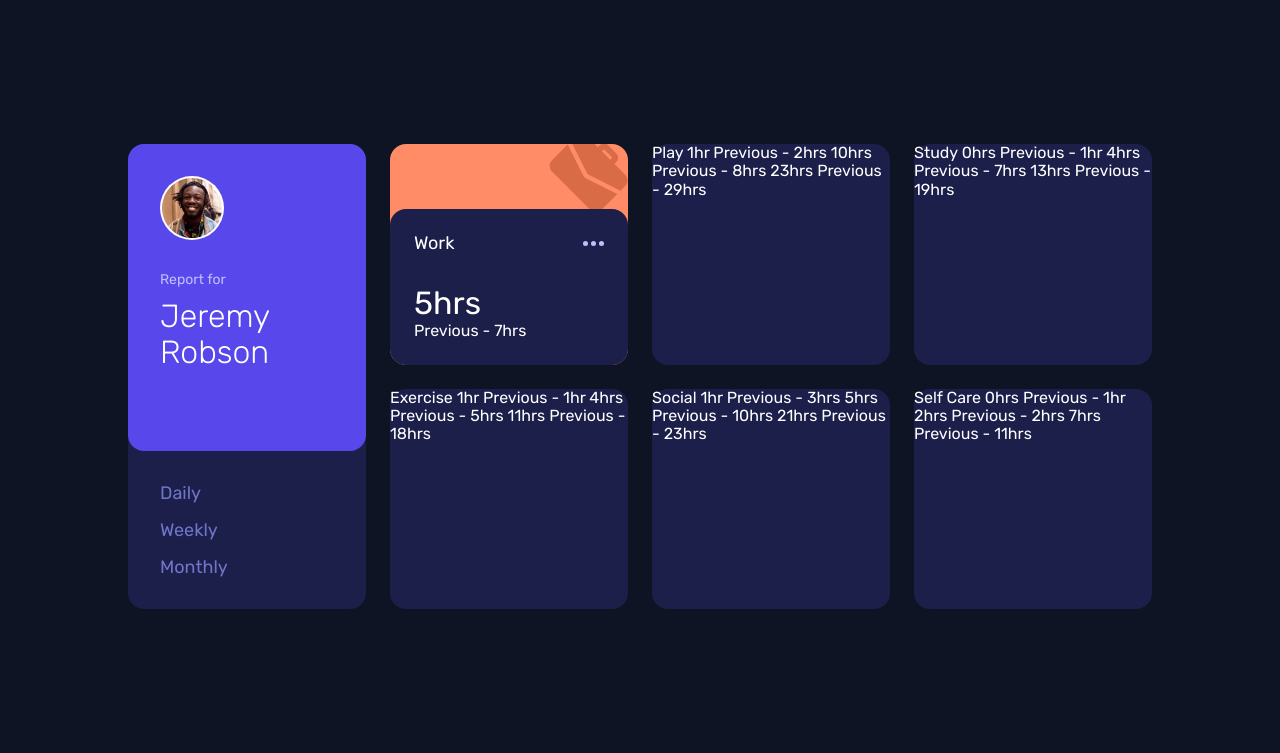
Repository: Jay-JYKim91/FM_time-tracking-dashboard
Page: index.html
These files come from the project's save history. The page is drawn as it stood at one moment and after the next save; the edit follows.
The browser window is 1280 px wide. The pictures show the whole page.

Above is the page before, as saved 2021-12-16 11:39:00.

After the next save:
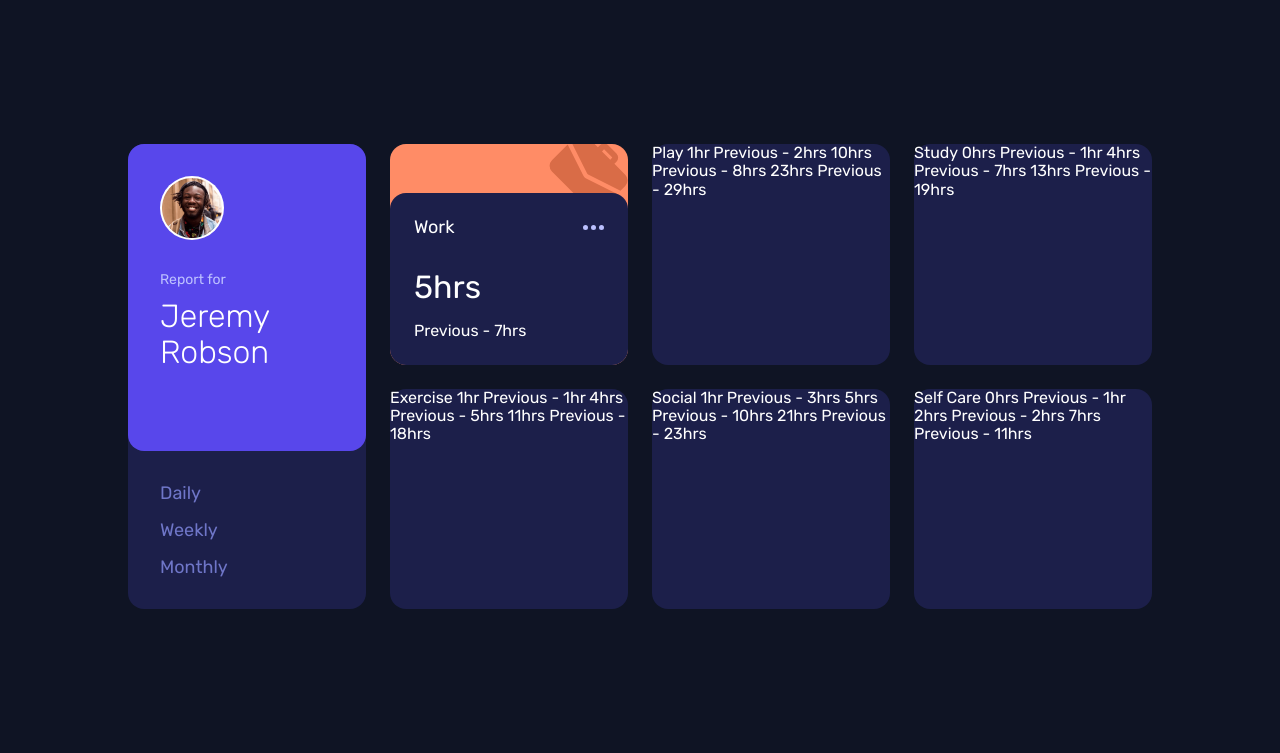
Saved 17 s later.
--- a/style.css
+++ b/style.css
@@ -102,7 +102,7 @@ p {
 }
 .time {
   font-size: 2rem;
-  margin-top: 1em;
+  margin: 1em 0 0.5em 0;
 }
 
 .work-bg {
